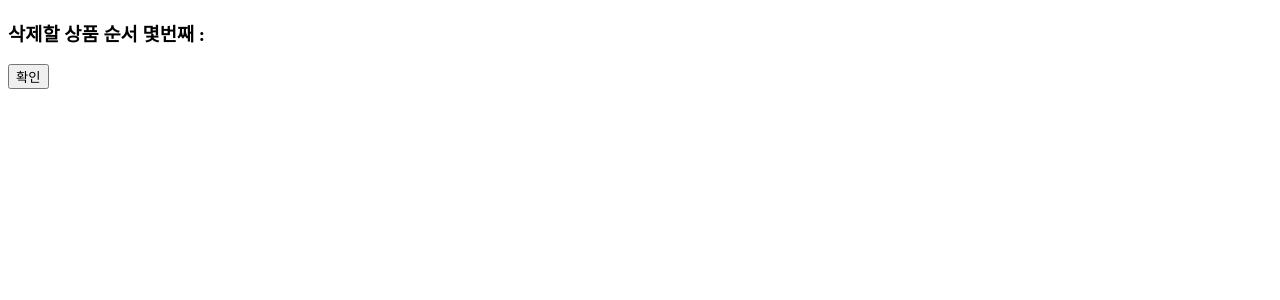
Repository: mi-ci/ai
Page: http://localhost/WebMarket/deleteProject2.jsp
An editor plug-in stored every save of this project. The page is shown before and after the next save, followed by the edit.
The browser window is 1280 px wide. The pictures show the whole page.
The page is served by Tomcat 9.

Above is the page before, as saved 2024-01-22 02:10:09.

After the next save:
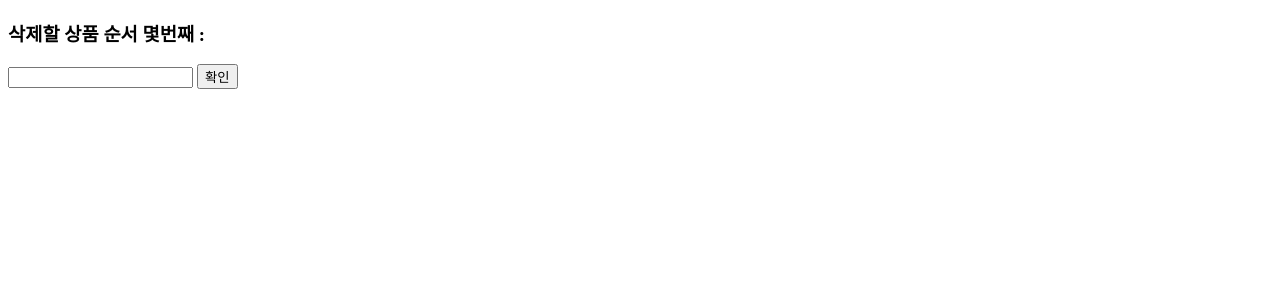
Saved 47 s later.
--- a/WebMarket/src/main/webapp/deleteProject2.jsp
+++ b/WebMarket/src/main/webapp/deleteProject2.jsp
@@ -8,7 +8,7 @@
 </head>
 <body>
 	<form action="deleteProduct.jsp" method="post">
-	<h3>삭제할 상품 순서 몇번째 : </h3>
+	<h3>삭제할 상품 순서 몇번째 :</h3> <input type="text" name="id">
 	<input type="submit" value="확인">
 	</form>
 </body>
